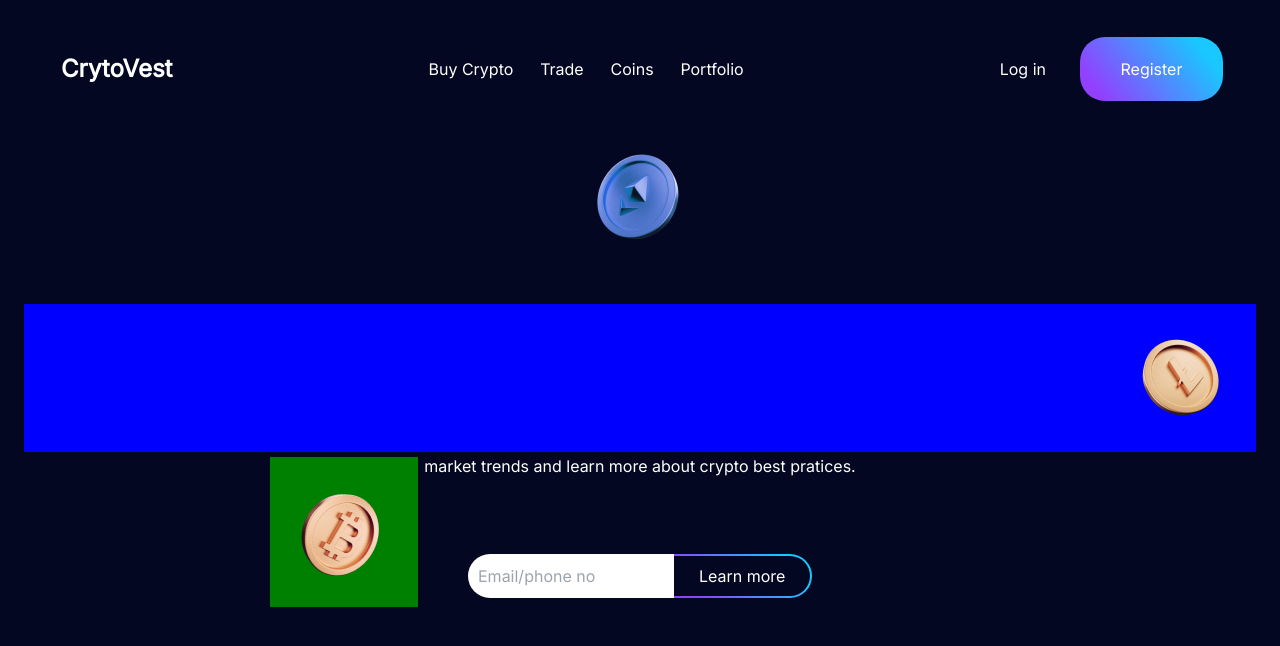
Repository: Eugene44-hub/cryptovest
Page: /
These files come from the project's save history. The page is drawn as it stood at one moment and after the next save; the edit follows.
The browser window is 1280 px wide. The pictures show the whole page.
The project was rebuilt for these pictures with package versions that can differ from the ones it lists, and the page was loaded fresh each time. Also part of the build but not shown: vite.config.ts.

Above is the page before, as saved 2022-07-15 23:39:28.

### src/App.tsx
import Home from "./pages/home/Home"

function App() {

  return (
    <div className="App">
      <Home/>

    </div>
  )
}

export default App

### src/index.css
@import url('https://fonts.googleapis.com/css2?family=Inter&display=swap');
@tailwind base;
@tailwind components;
@tailwind utilities;
body {
    margin: 0;
    font-family: 'Inter', sans-serif;
    -webkit-font-smoothing: antialiased;
    -moz-osx-font-smoothing: grayscale;
    padding: 0;
    background-color: rgba(3, 7, 34, 1);
}

code {
    font-family: source-code-pro, Menlo, Monaco, Consolas, 'Courier New', monospace;
}

.container {
    max-width: 1440px;
    margin: 0 auto;
}

### src/pages/home/Home.tsx
import React from 'react'
import Hero from '../../components/hero/Hero'
import Nav from '../../components/nav/Nav'

const Home = () => {
  return (
    <div>
      <Nav/>
      <Hero/>
    </div>
  )
}

export default Home

### src/components/hero/Hero.tsx
import React from 'react'
import etherum from "../../assets/images/hero/EtheriumCoin.png"
import bitcoin from "../../assets/images/hero/Bitcoin.png"
import monero from "../../assets/images/hero/Monero.png"
import liteCoin from "../../assets/images/hero/LiteCoin.png"
import styles from "./Hero.module.scss"
const Hero = () => {
  return (
    <section>
      <article className={`${styles.container} container px-[24px]`}>

        <img src={etherum} className="m-auto w-[20%] md:w-auto mt-[10px]" alt="etherum" />

        <div className='mt-[17px] flex-wrap flex'>

          <div className=' w-full relative'>
          <header className={`${styles.header} text-white text-center`}>
            Invest and Build Your Crypto Portfolio
          </header>
          <figure className='flex w-full bg-[blue] justify-end md:absolute top-0'>
          <img src={liteCoin} className={"w-[20%] md:w-[auto] md:w-[10%]  "} alt="" />
          </figure>
          </div>

          <div className='w-full relative sm:w-[60%] m-auto md:order-2 md:mt-0 mt-[3px] '>
          <div className='flex md:w-[344px] m-auto rounded-[25px] mt-[3px] overflow-hidden'>
            <input type="text" className='p-[10px] w-[60%]' placeholder='Email/phone no' />
            <div className={`${styles.btnContainer} flex-1 p-[2px]  pl-0`}>
              <button className={` w-full h-full  ${styles.inputBtn}`}>
                Learn more
              </button>
            </div>
          </div>
          <figure className='w-[20%] left-0 bg-[green] top-[-200%] md:absolute'>
            <img src={bitcoin} className="mt-[8px]" alt="bitcoin" />
          </figure>
          </div>



          <div className='text-center w-[90%] lg:mt-[36px] md:mt-[70px] mb-[67px] md:max-w-[626px] mt-[11px] mt-[] leading-[36px] m-auto'>
            <p className="text-white">
            Buy, sell and hold your various crypto currencies in your secured wallet. Get market trends and learn more about crypto best pratices.
            </p>
            {/* <img src={monero} className="mt-[17px] w-[20%] m-auto" alt="monero" /> */}
          </div>
        </div>

      </article>
    </section>
  )
}

export default Hero

### src/components/nav/Nav.tsx
import React from 'react'
import styles from "./Nav.module.scss"
const navItems = ["Buy Crypto", "Trade", "Coins", "Portfolio"]
import { AiOutlineMenu } from "react-icons/ai"

const Nav = () => {
  return (
    <nav className='pt-[37px]'>
      <div className='container  px-[24px] md:pl-[61px] md:pr-[57px] text-white'>
        <div className='flex justify-between items-center'>
          <span className={`font-[700] ${styles.banner}`}>
            CrytoVest
          </span>
          <div className='hidden lg:flex justify-between items-center flex-1'>
            <ul className='flex font-[500] m-auto lg:w-[50%] xl:w-[30%]  justify-between'>
              {navItems.map((item, index) => (<li key={index}>{item}</li>))}
            </ul>
            <div className='font-[500]'>
              <button className='mr-[34px]'>
                Log in
              </button>
              <button className={`${styles.btn} w-[143px]`}>
                Register
              </button>
            </div>
          </div>
          <AiOutlineMenu color="white" size={24} className="font-bold lg:hidden" />
        </div>


      </div>
    </nav>
  )
}

export default Nav

### src/components/hero/Hero.module.scss
@import "../../sass";
.container {
    .header {
        font-weight: 900;
        font-size: 48px;
        @include devices(1200px) {
            font-size: 30px;
        }
        @include devices(768px) {
            font-size: 24px;
        }
    }
    .btnContainer {
        background: $gradient1
    }
    .inputBtn {
        background: $bgColor;
        color: white;
        border-radius: 0px 25px 25px 0px;
    }
}

### src/components/nav/Nav.module.scss
@import "../../sass/index.scss";
.banner {
    font-size: rem(24);
}

.btn {
    @include setBtn($gradient1);
}

### src/sass/index.scss
@import "./config";

### src/sass/config/_index.scss
@import "variables";
@import "utilities";
@import "mixins&funcs";

### src/sass/config/_variables.scss
$gradient1:linear-gradient(231.7deg, #18C8FF 15.39%, #933FFE 87.39%);
$gradient: linear-gradient(180.01deg, rgba(245, 245, 245, 0.53) 0.39%, rgba(205, 96, 188, 0.5) 24.76%, rgba(56, 77, 130, 0.26) 63.89%, rgba(105, 30, 226, 0.03) 92.45%);
$bgColor:rgba(3, 7, 34, 1);
$purple1:rgba(185, 130, 255, 1);
$purple1:rgba(132, 112, 255, 1);
$grey1:rgba(255, 255, 255, 1);

### src/sass/config/_utilities.scss
/*
➡️ 0px -480px -  Smaller Smartphones

➡️ 481px -768px  - Tablets & larger smartphones

➡️ 769px -1279px  -  Laptops, larger tablets
in landscape, and small desktops

➡️ 1280px+ - Larger desktops and monitors
*/

%btn {
    border-radius: 25px;
    padding: 20px 0;
}

### src/sass/config/_mixins&funcs.scss
@use "sass:math";
@function rem($px, $default:16) {
    @return (math.div($px, $default)*1rem);
}

@mixin devices($device) {
    @media screen and (max-width: $device) {
        @content;
    }
}

@mixin setBtn($bgColor) {
    background: $bgColor;
    color: white;
    @extend %btn
}

Loaded but not shown: index.html (common file); src/main.tsx (common file); tailwind.config.js (common file)

After the next save:
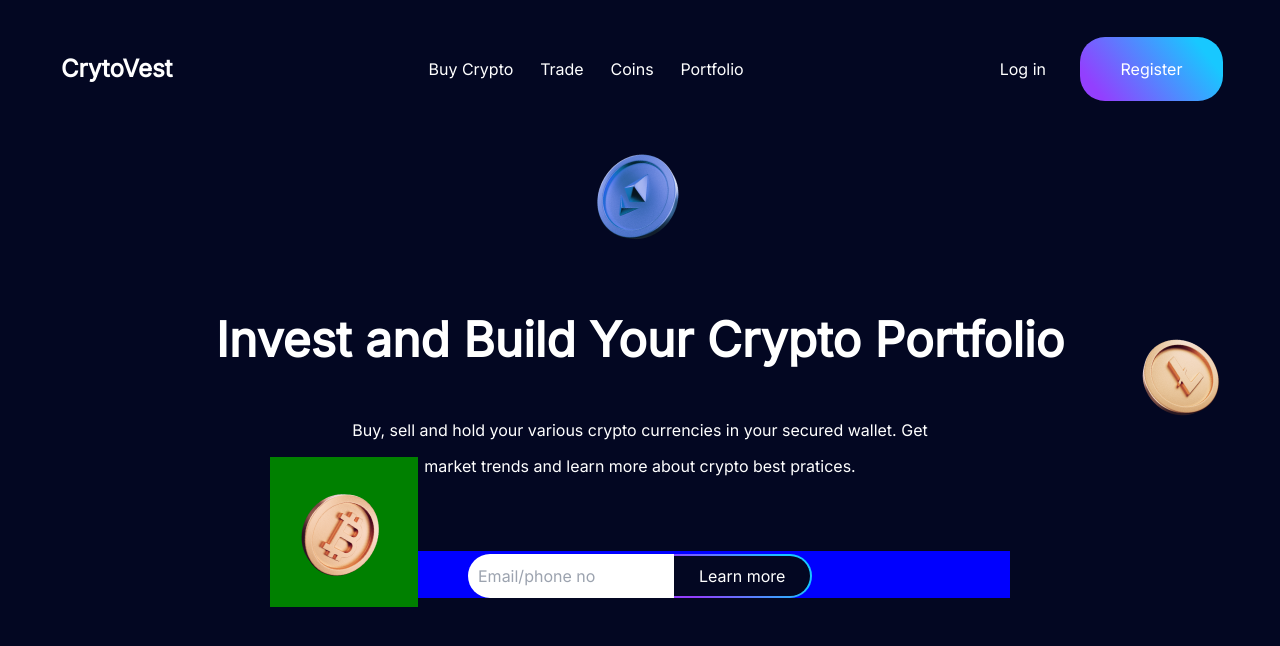
Saved 16 s later.
--- a/src/components/hero/Hero.tsx
+++ b/src/components/hero/Hero.tsx
@@ -17,12 +17,12 @@
           <header className={`${styles.header} text-white text-center`}>
             Invest and Build Your Crypto Portfolio
           </header>
-          <figure className='flex w-full bg-[blue] justify-end md:absolute top-0'>
+          <figure className='flex w-full  justify-end md:absolute top-0'>
           <img src={liteCoin} className={"w-[20%] md:w-[auto] md:w-[10%]  "} alt="" />
           </figure>
           </div>
 
-          <div className='w-full relative sm:w-[60%] m-auto md:order-2 md:mt-0 mt-[3px] '>
+          <div className='w-full relative bg-[blue] sm:w-[60%] m-auto md:order-2 md:mt-0 mt-[3px] '>
           <div className='flex md:w-[344px] m-auto rounded-[25px] mt-[3px] overflow-hidden'>
             <input type="text" className='p-[10px] w-[60%]' placeholder='Email/phone no' />
             <div className={`${styles.btnContainer} flex-1 p-[2px]  pl-0`}>
